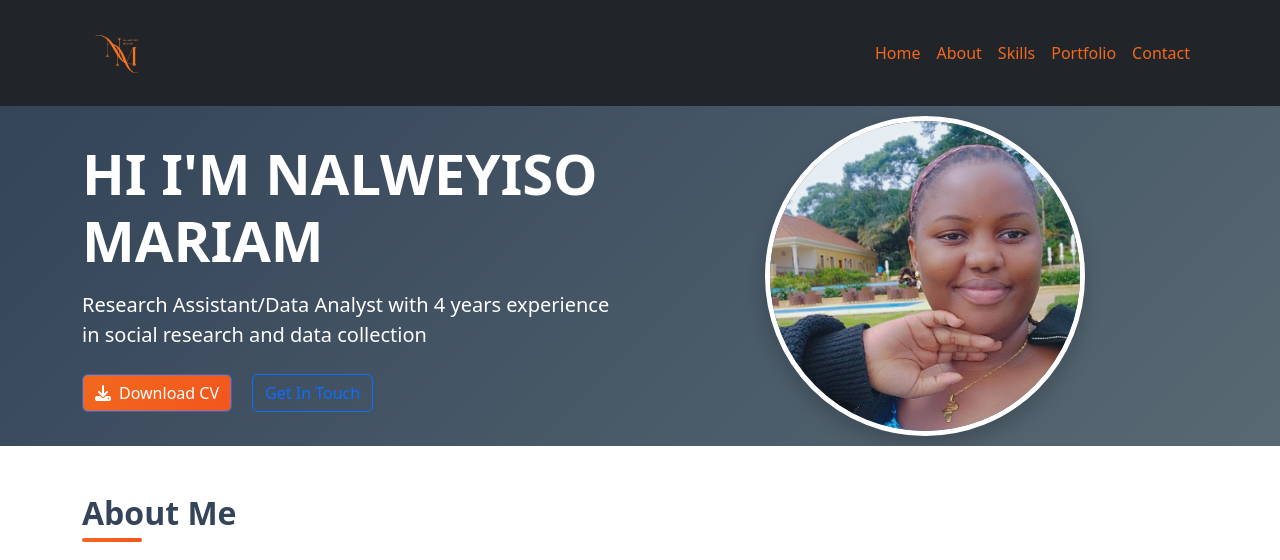
Repository: NalweMari/My-Personal-Portfolio
Page: index.html
These files come from the project's save history. The page is drawn as it stood at one moment and after a run of saves; the edit follows.
The browser window is 1280 px wide. The pictures show the part of the page from y = 0 to 560 px (the page is 3723 px tall before and 3748 px after).
A picture or video elsewhere on the page could not be fetched, so the positions and the page height are approximate.

Above is the page before, as saved 2025-12-05 17:53:10.
Console error (its wording comes from the project's code and is left out).

After the next 2 saves:
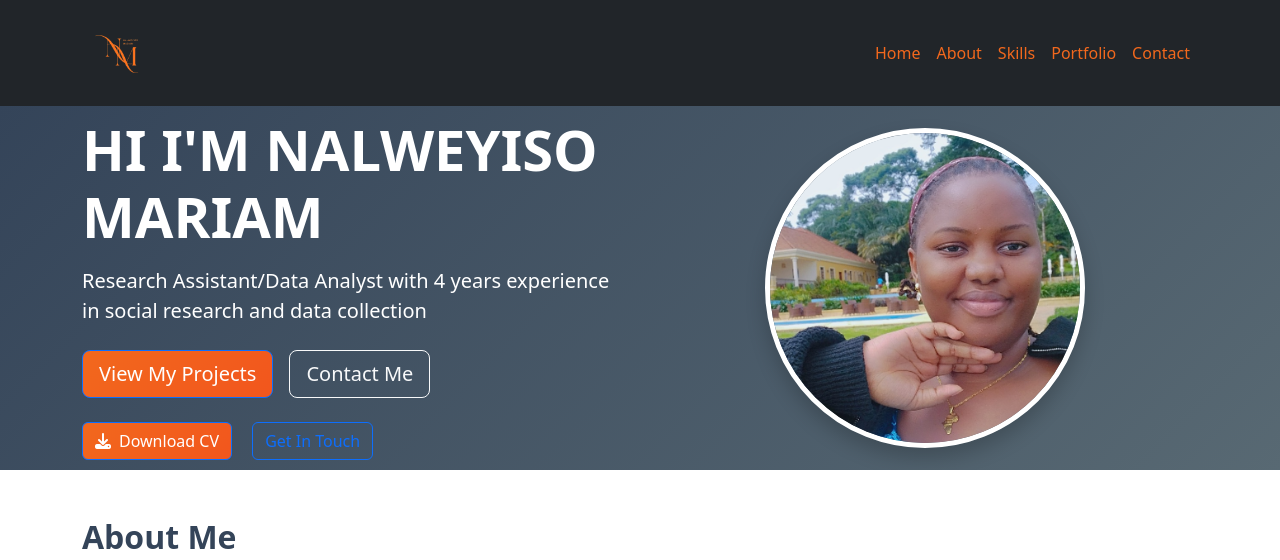
The 2 saves are shown as one change because they came seconds apart.
The last was saved 2 min 40 s later.
--- a/index.html
+++ b/index.html
@@ -39,6 +39,10 @@
                     <p class="lead mb-4">Research Assistant/Data Analyst with 4 years experience in social research and
                         data
                         collection</p>
+                        <div class="d-flex flex-wrap gap-3">
+                        <a href="#portfolio" class="btn btn-primary btn-lg">View My Projects</a>
+                        <a href="#contact" class="btn btn-outline-light btn-lg">Contact Me</a>
+                    </div>
                     <div class="mt-4">
                         <a href="Resume/NALWEYISO-MARIAM-Resume-2025.pdf" class="btn btn-primary me-3"><i
                                 class="fas fa-download me-2"></i>Download CV</a>

After the save that followed:
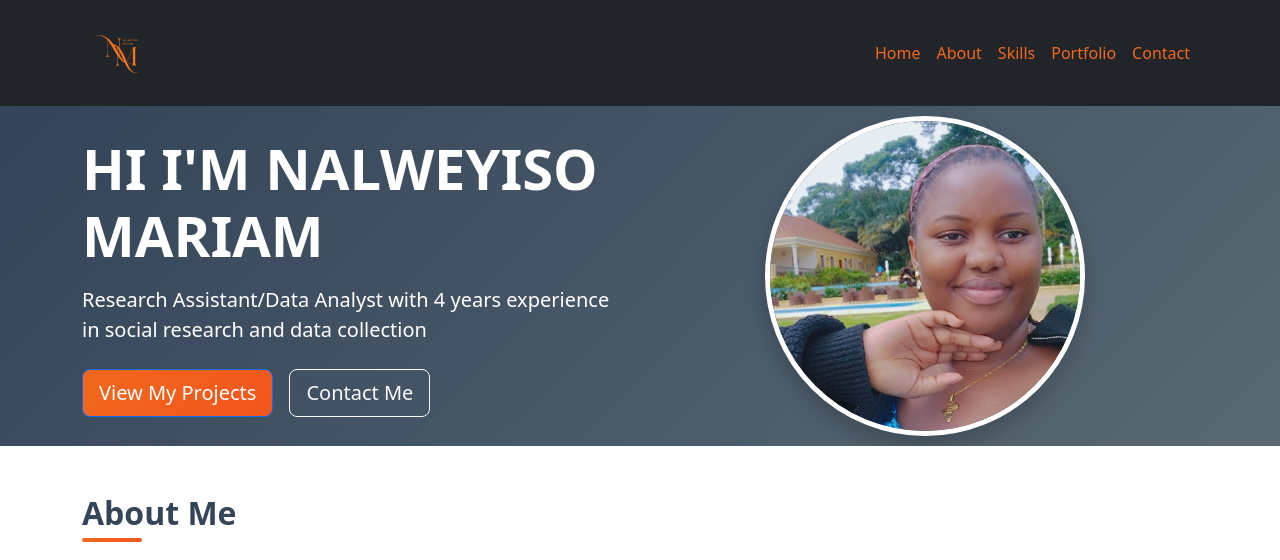
Saved 23 s later.
--- a/index.html
+++ b/index.html
@@ -43,11 +43,7 @@
                         <a href="#portfolio" class="btn btn-primary btn-lg">View My Projects</a>
                         <a href="#contact" class="btn btn-outline-light btn-lg">Contact Me</a>
                     </div>
-                    <div class="mt-4">
-                        <a href="Resume/NALWEYISO-MARIAM-Resume-2025.pdf" class="btn btn-primary me-3"><i
-                                class="fas fa-download me-2"></i>Download CV</a>
-                        <a href="#contact" class="btn btn-outline-primary">Get In Touch</a>
-                    </div>
+
                 </div>
                 <div class="col-lg-6 text-center mt-5 mt-lg-0">
                     <img src="images/Profile design.png" class="profile-image rounded-circle" alt="Nalweyiso Mariam">
